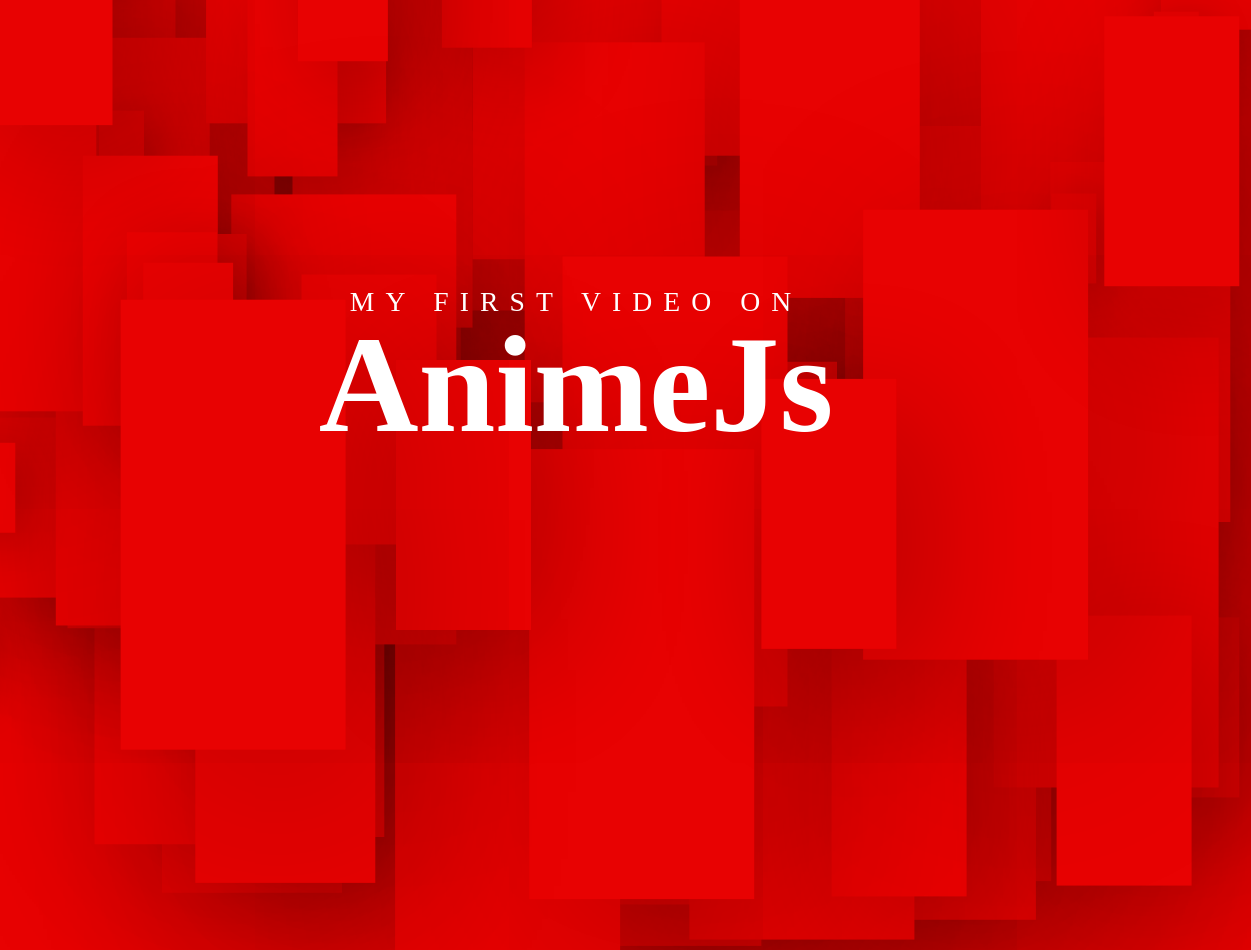
Repository: honghyunAhn/DailyFront
Page: Day210213_Background_Animation/index.html
These files come from the project's save history. The page is drawn as it stood at one moment and after the next save; the edit follows.
The browser window is 1280 px wide. The page is 1390 px wide, then 1377 px, so the pictures cover 1390 px, including what lies to the right of the window. The pictures show the whole page, at 90% of full size.

Above is the page before, as saved 2021-02-13 21:13:50.

### Day210213_Background_Animation/index.html
<!DOCTYPE html>
<html lang="en">
<head>
    <meta charset="UTF-8">
    <meta http-equiv="X-UA-Compatible" content="IE=edge">
    <meta name="viewport" content="width=device-width, initial-scale=1.0">
    <title>Background Animation | AnimeJS</title>
    <link rel="stylesheet" href="style.css">
</head>
<body>
    <div class="container">
        <h2><span>My first video on</span><br>AnimeJs</h2>
    </div>
    <script src="anime.min.js"></script>
    <script>
        const container = document.querySelector('.container')
        for (var i = 0; i <= 100; i++){
            const blocks = document.createElement('div');
            blocks.classList.add('block');
            container.appendChild(blocks);
        }

        function animateBlocks(){
            anime({
                targets: '.block',
                translateX: function(){
                    return anime.random(-700, 700);
                },
                translateY: function(){
                    return anime.random(-500, 500);
                },
                scale: function(){
                    return anime.random(1, 5);
                },
            })
        }
        animateBlocks()
    </script>
</body>
</html>

### Day210213_Background_Animation/style.css
@import url("https://fonts.googleapis.com/css?family=Poppins:200,300,400,500,600,700,800,900&display=swap");
* {
  margin: 0;
  padding: 0;
  box-sizing: border-box;
  font-family: "Poppins" sans-serif;
}
body {
  position: relative;
  overflow: hidden;
  display: flex;
  justify-content: center;
  align-items: center;
  min-height: 100vh;
  background: #e80202;
}
.container {
  position: absolute;
  width: 100%;
  height: 100%;
  display: flex;
  justify-content: center;
  align-items: center;
}
h2 {
  color: #fff;
  text-align: center;
  font-size: 12vw;
  line-height: 0.6em;
  z-index: 1000;
  font-size: 900;
}
h2 span {
  font-size: 0.2em;
  letter-spacing: 0.4em;
  font-weight: 400;
  text-transform: uppercase;
}
.block {
  position: absolute;
  width: 50px;
  height: 100px;
  background: #e80202;
  box-shadow: 10px 10px 50px rgba(0, 0, 0, 0.2);
}

Loaded but not shown: Day210213_Background_Animation/anime.min.js (library)

After the next save:
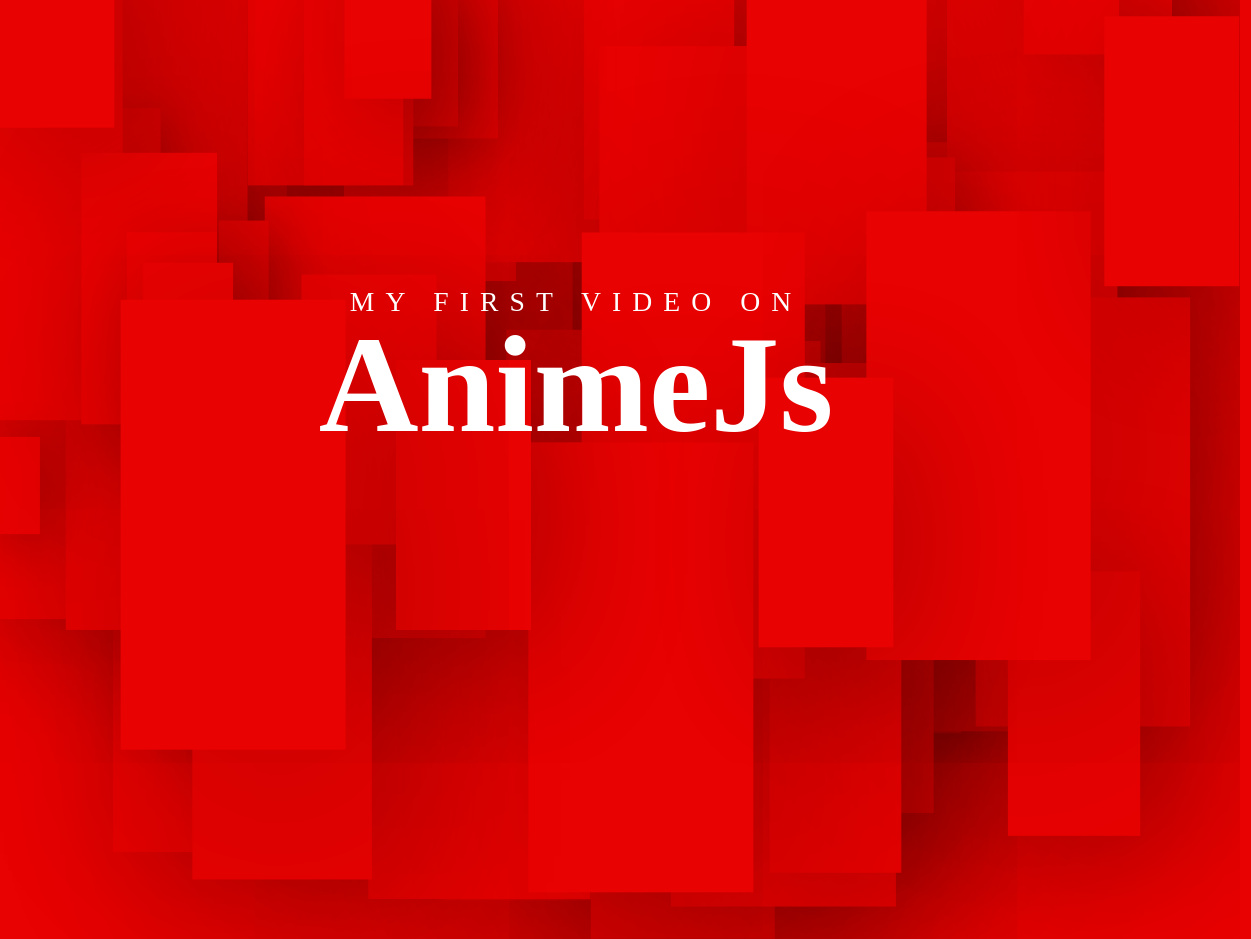
Saved 99 s later.
--- a/Day210213_Background_Animation/index.html
+++ b/Day210213_Background_Animation/index.html
@@ -32,6 +32,11 @@
                 scale: function(){
                     return anime.random(1, 5);
                 },
+
+                easing: 'linear',
+                duration: 3000,
+                delay: anime.stagger(10),
+                complete: animateBlocks,
             })
         }
         animateBlocks()
